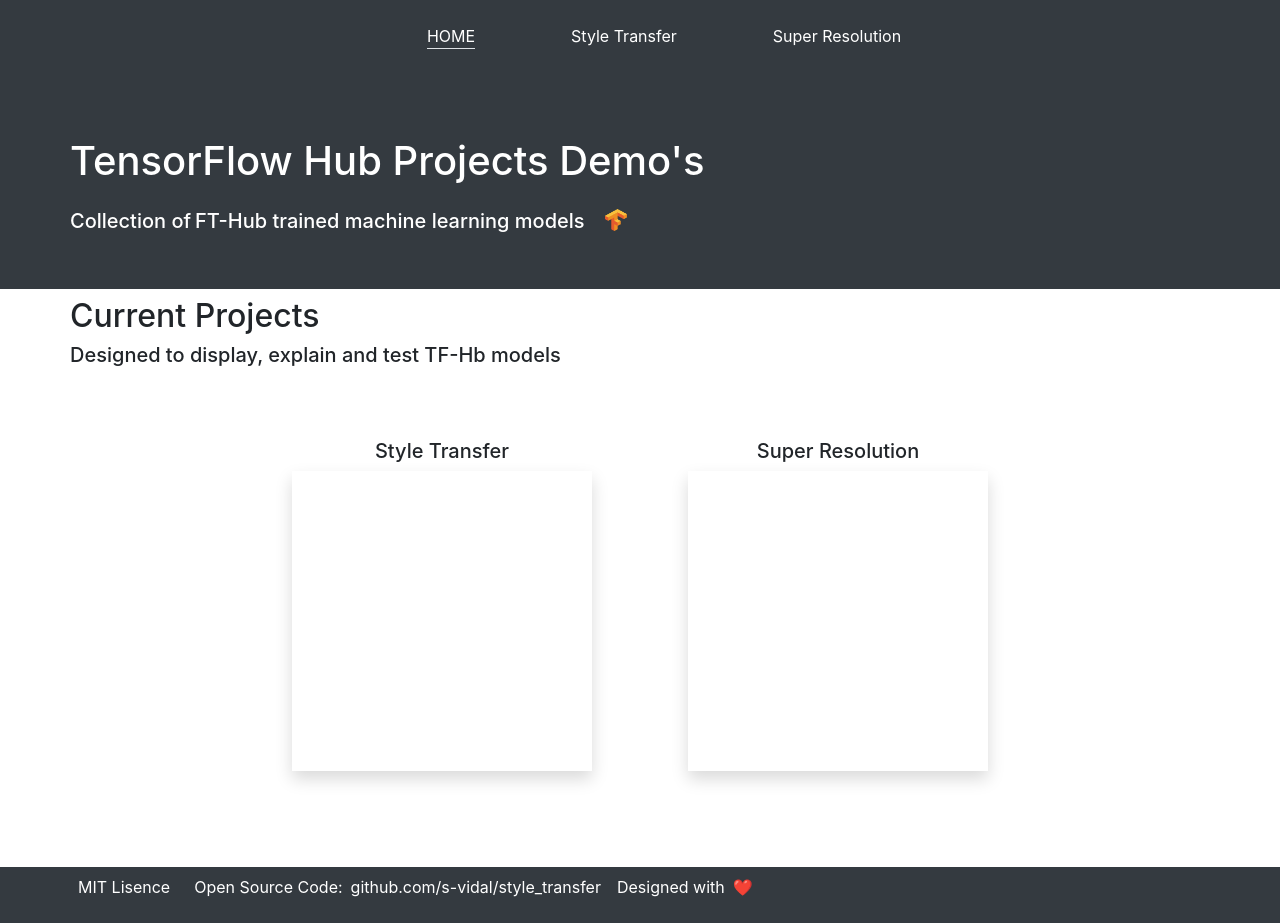
Repository: s-vidal/style_transfer
Page: / (app in client/)
An editor plug-in stored every save of this project. The page is shown before and after the next save, followed by the edit.
The browser window is 1280 px wide. The pictures show the whole page.
The page's requests for data from a server got no answer. The project was rebuilt for these pictures with package versions that can differ from the ones it lists, and the page was loaded fresh each time. A package was used in the major version that the imports need, not the one package.json lists. No one was signed in, and anything a server would have sent is missing. Also part of the build but not shown: client/src/App.css, client/src/components/DropZone.jsx, client/src/lib/api.js, client/src/components/Inference.jsx, client/src/components/Header.jsx, client/src/pages/StyleTransfer.jsx, client/src/pages/SuperResolution.jsx.

Above is the page before, as saved 2020-09-30 16:30:53.

### client/public/index.html
<!DOCTYPE html>
<html lang="en">
  <head>
    <meta charset="utf-8" />
    <link rel="icon" href="%PUBLIC_URL%/favicon.ico" />
    <meta name="viewport" content="width=device-width, initial-scale=1" />
    <meta name="theme-color" content="#000000" />
    <meta
      name="description"
      content="Web site created using create-react-app"
    />
    <link rel="apple-touch-icon" href="%PUBLIC_URL%/logo192.png" />
    <!--
      manifest.json provides metadata used when your web app is installed on a
      user's mobile device or desktop. See https://developers.google.com/web/fundamentals/web-app-manifest/
    -->
    <link rel="manifest" href="%PUBLIC_URL%/manifest.json" />
    <!--
      Notice the use of %PUBLIC_URL% in the tags above.
      It will be replaced with the URL of the `public` folder during the build.
      Only files inside the `public` folder can be referenced from the HTML.

      Unlike "/favicon.ico" or "favicon.ico", "%PUBLIC_URL%/favicon.ico" will
      work correctly both with client-side routing and a non-root public URL.
      Learn how to configure a non-root public URL by running `npm run build`.
    -->
    <!-- CSS only -->
    <link
      rel="stylesheet"
      href="https://stackpath.bootstrapcdn.com/bootstrap/4.5.2/css/bootstrap.min.css"
      integrity="sha384-JcKb8q3iqJ61gNV9KGb8thSsNjpSL0n8PARn9HuZOnIxN0hoP+VmmDGMN5t9UJ0Z"
      crossorigin="anonymous"
    />
    <title>React App</title>
  </head>
  <body>
    <noscript>You need to enable JavaScript to run this app.</noscript>
    <div id="root"></div>
    <!--
      This HTML file is a template.
      If you open it directly in the browser, you will see an empty page.

      You can add webfonts, meta tags, or analytics to this file.
      The build step will place the bundled scripts into the <body> tag.

      To begin the development, run `npm start` or `yarn start`.
      To create a production bundle, use `npm run build` or `yarn build`.
    -->
    <!-- JS, Popper.js, and jQuery -->
    <script
      src="https://code.jquery.com/jquery-3.5.1.slim.min.js"
      integrity="sha384-DfXdz2htPH0lsSSs5nCTpuj/zy4C+OGpamoFVy38MVBnE+IbbVYUew+OrCXaRkfj"
      crossorigin="anonymous"
    ></script>
    <script
      src="https://cdn.jsdelivr.net/npm/popper.js@1.16.1/dist/umd/popper.min.js"
      integrity="sha384-9/reFTGAW83EW2RDu2S0VKaIzap3H66lZH81PoYlFhbGU+6BZp6G7niu735Sk7lN"
      crossorigin="anonymous"
    ></script>
    <script
      src="https://stackpath.bootstrapcdn.com/bootstrap/4.5.2/js/bootstrap.min.js"
      integrity="sha384-B4gt1jrGC7Jh4AgTPSdUtOBvfO8shuf57BaghqFfPlYxofvL8/KUEfYiJOMMV+rV"
      crossorigin="anonymous"
    ></script>
  </body>
</html>

### client/src/App.js
import React from "react";
import {BrowserRouter as Router, Switch, Route} from "react-router-dom";
import "./App.css";
import StyleTransfer from "./pages/StyleTransfer";
import SuperResolution from "./pages/SuperResolution";
import Footer from "./components/Footer";
import NavBar from "./components/NavBar";
import HomePage from "./pages/HomePage";

function App() {
  return (
    <div>
      <Router>
        <NavBar />
        <Switch>
          <Route path="/super-resolution">
            <SuperResolution />
          </Route>
          <Route path="/style-transfer">
            <StyleTransfer />
          </Route>
          <Route path="/">
            <HomePage />
          </Route>
        </Switch>
        <Footer />
      </Router>
    </div>
  );
}

export default App;

### client/src/components/Footer.jsx
import React from "react";

const Footer = () => {
  return (
    <div className="text-white bg-dark">
      <div className="container mt-5">
        <div className="row p-2 mt-4">
          <p className="mr-4">MIT Lisence</p>
          <p>Open Source Code:</p>
          <a
            className="ml-2 text-white"
            href="https://github.com/s-vidal/style_transfer"
          >
            <span>github.com/s-vidal/style_transfer</span>
          </a>
          <p className="ml-3 mr-1"> Designed with </p>
          <span role="img" aria-label="emoji" className="ml-1">
            ❤️
          </span>
        </div>
      </div>
    </div>
  );
};

export default Footer;

### client/src/components/NavBar.jsx
import React, {useState, useEffect} from "react";
import {Link, useLocation} from "react-router-dom";
import "./NavBar.css";

const NavBar = () => {
  const [currentPage, setCurrentPage] = useState("");
  const location = useLocation();

  useEffect(() => {
    const currentPath = location.pathname;
    setCurrentPage(currentPath.substring(1));
  }, [location]);

  return (
    <nav className="navbar navbar-expand-lg d-flex justify-content-center bg-dark pt-3 pb-3">
      <ul className="navbar-nav">
        <li className="nav-item">
          <Link className="nav-link pl-5 pr-5" to={"/"}>
            <div className="ml-5 ">
              <p
                className={
                  currentPage === ""
                    ? "text-white nav-text active border-bottom"
                    : "text-white nav-text"
                }
              >
                HOME
              </p>
            </div>
          </Link>
        </li>
        <li className="nav-item">
          <Link
            className="nav-link pl-5 pr-5 text-white"
            to={"/style-transfer"}
          >
            <p
              className={
                currentPage === "style-transfer"
                  ? "text-white nav-text active border-bottom"
                  : "text-white nav-text"
              }
            >
              Style Transfer
            </p>
          </Link>
        </li>
        <li className="nav-item active">
          <Link
            className="nav-link pl-5 pr-5 text-white"
            to={"/super-resolution"}
          >
            <p
              className={
                currentPage === "super-resolution"
                  ? "text-white nav-text active border-bottom"
                  : "text-white nav-text"
              }
            >
              Super Resolution
            </p>
          </Link>
        </li>
      </ul>
    </nav>
  );
};

export default NavBar;

### client/src/pages/HomePage.jsx
import React from "react";
import "../components/HomePage.css";

const HomePage = () => {
  return (
    <>
      <div className="bg-dark text-white p-4 pt-5 pb-5">
        <div className="container">
          <div className="row">
            <h1>TensorFlow Hub Projects Demo's</h1>
          </div>
          <div className="row mt-3">
            <h5>Collection of</h5>
            <a
              href="https://tfhub.dev/google/magenta/arbitrary-image-stylization-v1-256/2"
              className="pl-1 pr-1 text-white"
            >
              <h5>FT-Hub trained machine learning models</h5>
            </a>
            <img
              className="ml-3"
              src={require("../img/tf_logo.png")}
              alt="tf"
              width="22"
              height="22"
            ></img>
          </div>
        </div>
      </div>
      <div className="container p-0">
        <div>
          <h2 className="mt-2">Current Projects</h2>
          <h5 className="mb-4">
            Designed to display, explain and test TF-Hb models
          </h5>
        </div>
        <div className="row d-flex justify-content-center">
          <div className="m-5">
            <h5 className="text-center">Style Transfer</h5>
            <div className="home-item shadow"></div>
          </div>
          <div className="m-5">
            <h5 className="text-center"> Super Resolution</h5>
            <div className="home-item shadow"></div>
          </div>
        </div>
      </div>
    </>
  );
};

export default HomePage;

### client/src/components/NavBar.css
.nav-text:hover {
  border-bottom: 1px solid white;
  transition-duration: 0.5s ease-in-out;
}

### client/src/components/HomePage.css
.home-item {
  min-width: 300px;
  min-height: 300px;
}
.home-item:hover {
  cursor: pointer;
  transform: translate(3px, 3px);
  transition-duration: 0.5s ease-in-out;
}

Loaded but not shown: client/src/index.js (common file); client/src/index.css (common file); client/src/serviceWorker.js (common file)

After the next save:
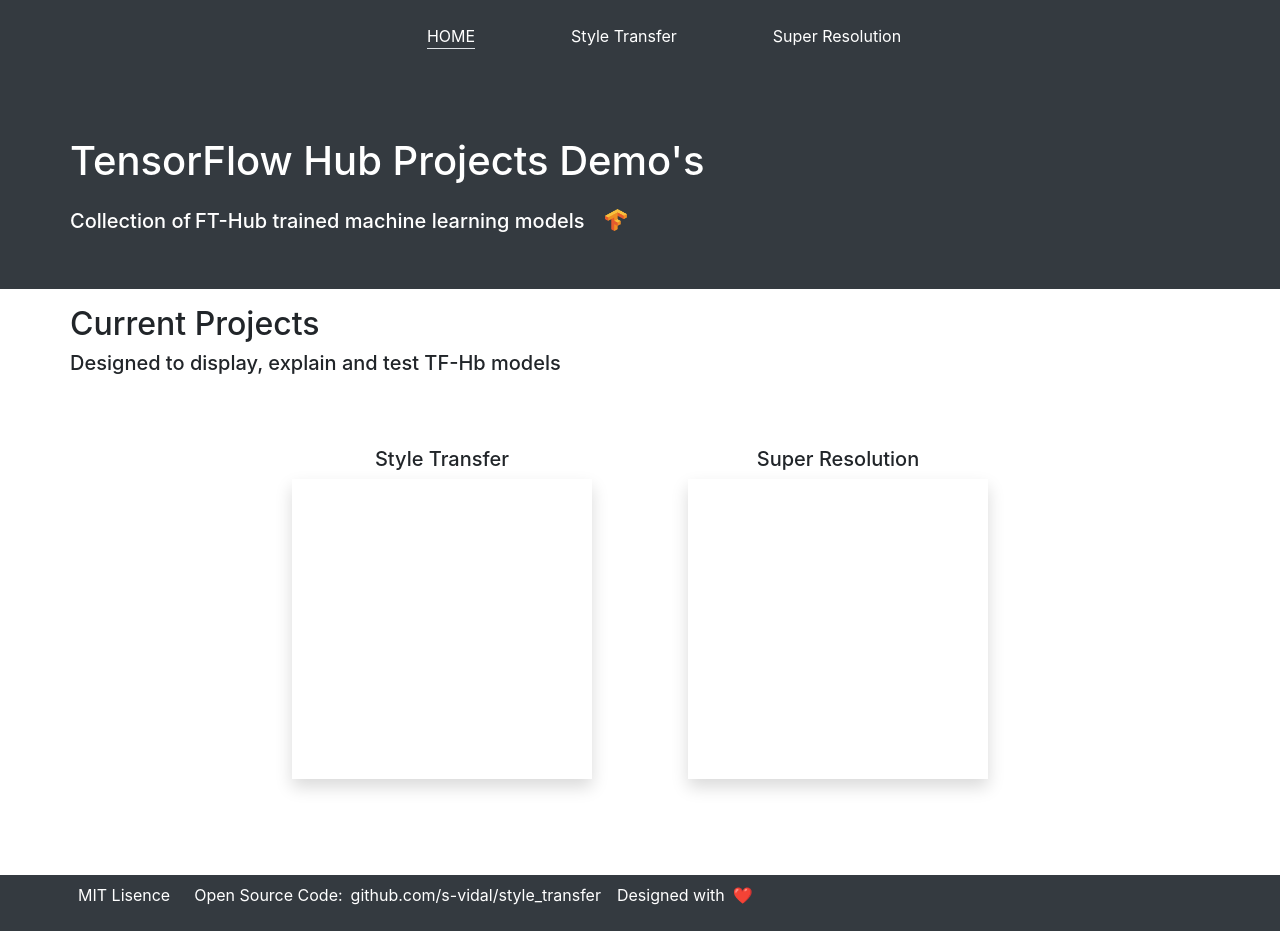
Saved 9 s later.
--- a/client/src/pages/HomePage.jsx
+++ b/client/src/pages/HomePage.jsx
@@ -27,7 +27,7 @@
           </div>
         </div>
       </div>
-      <div className="container p-0">
+      <div className="container p-0 pt-2">
         <div>
           <h2 className="mt-2">Current Projects</h2>
           <h5 className="mb-4">
